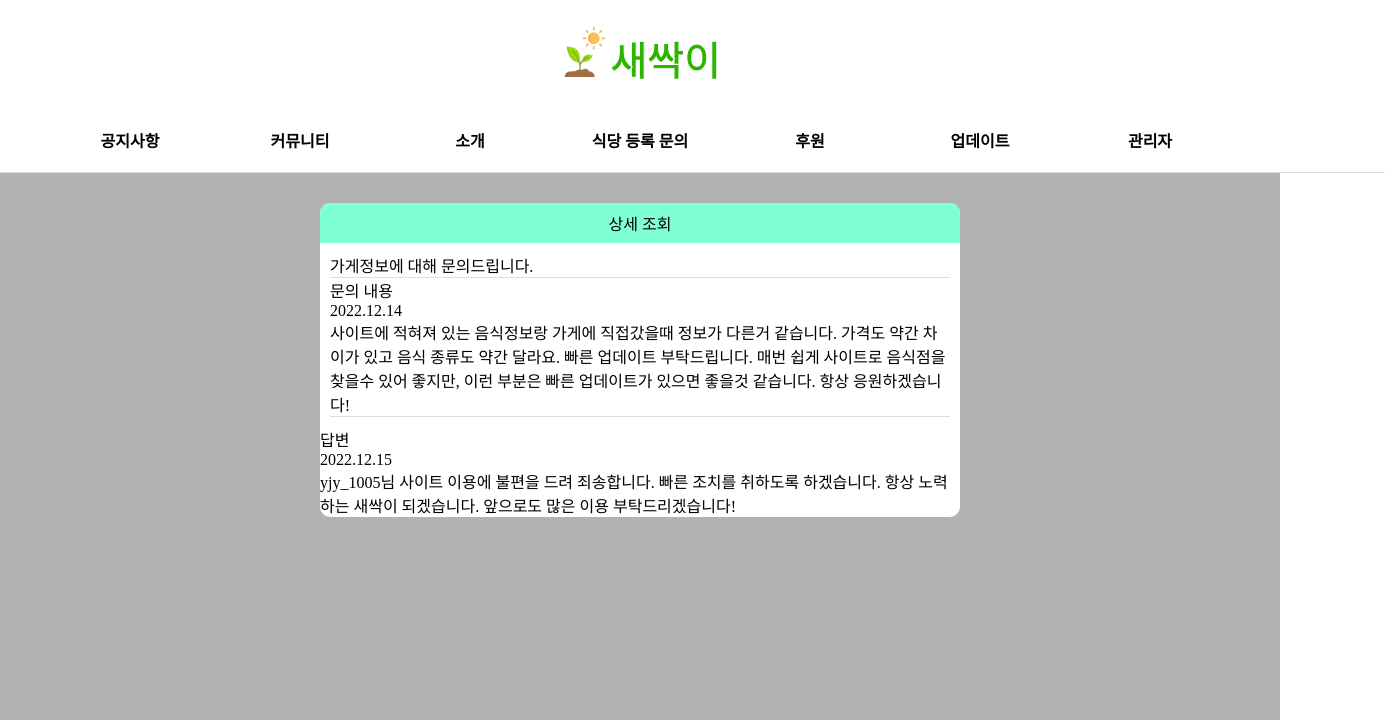
Repository: Seedye/Seedye
Page: team/src/main/webapp/html/board/board-view.html
An editor plug-in stored every save of this project. The page is shown before and after the next save, followed by the edit.
The browser window is 1280 px wide. The page is 1385 px wide, so the pictures cover 1385 px, including what lies to the right of the window. The pictures show the whole page.
Some web fonts or font styles are not loaded; a fallback is used. Some web libraries are served in a nearby version.

Above is the page before, as saved 2022-12-15 11:19:04.

After the next save:
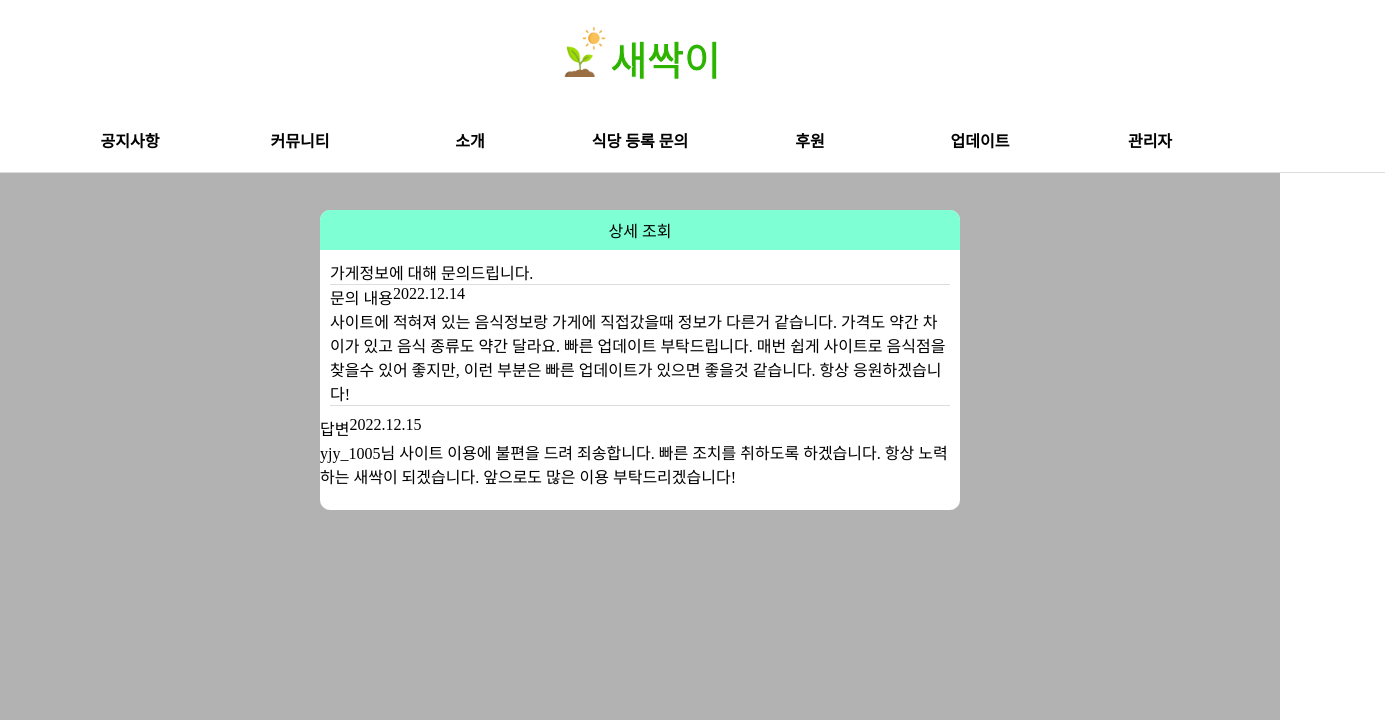
Saved 64 s later.
--- a/team/src/main/webapp/resources/css/board/board-view-style.css
+++ b/team/src/main/webapp/resources/css/board/board-view-style.css
@@ -41,7 +41,9 @@
   /* padding: 10px; */
   border-bottom: 1px solid #ddd;
 }
-
+.board-view-content-content{
+  display: flex;
+}
 .board-view-content-detail{
   border-bottom: 1px solid #ddd;
 }
